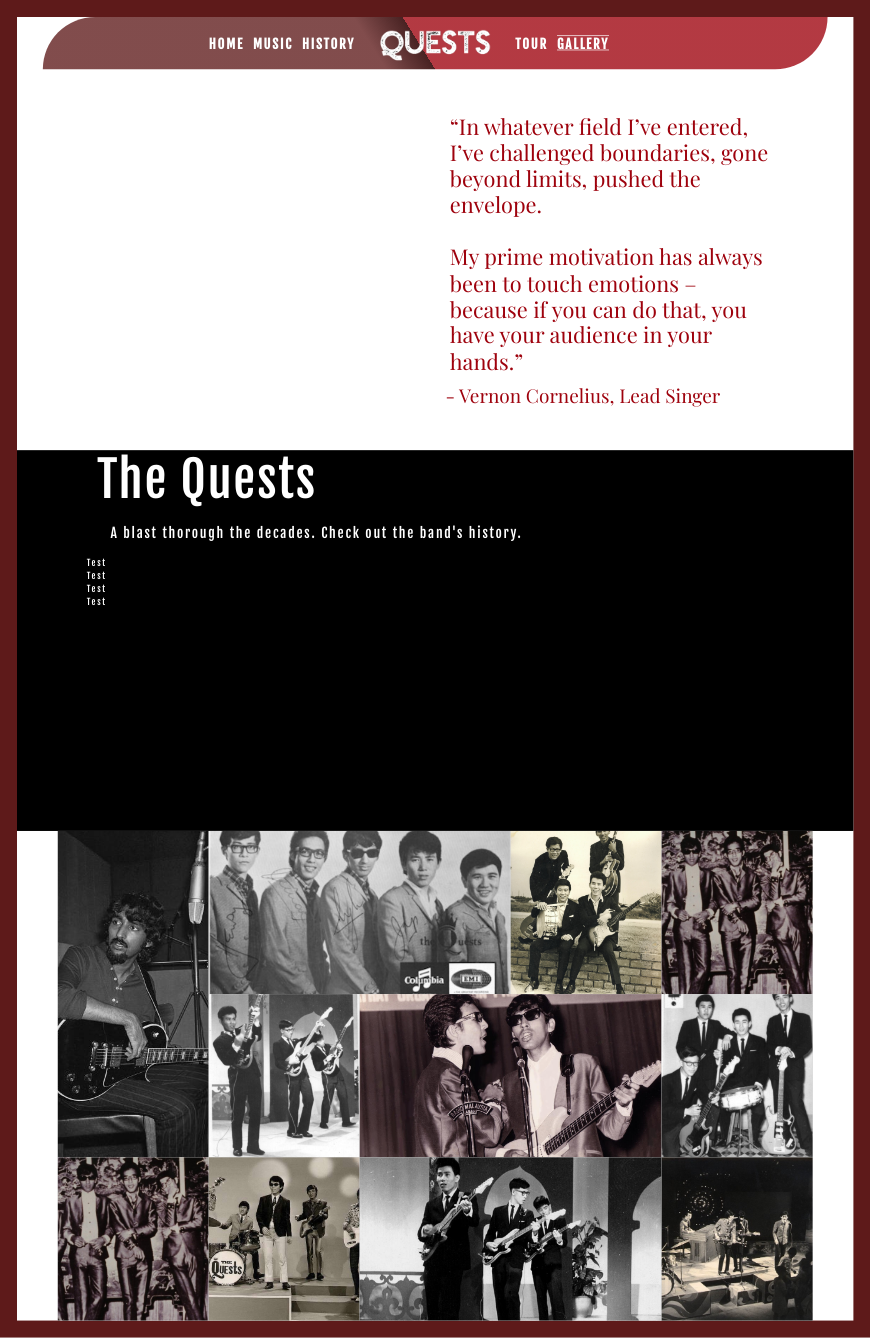
Repository: SamLookingGlass/User-Centric-Frontend-Development-Project
Page: gallery.html
The author's editor kept a record of every edit. The page is drawn from the files as they stood at one moment, then again after the next edit.
The browser window is 1280 px wide. The pictures show the whole page, at 68% of full size.
Some web libraries are served in a nearby version.

Above is the page before.

### gallery.html
<!doctype html>
<html lang="en">

<head>
    <!-- Required meta tags -->
    <meta charset="utf-8">
    <meta name="viewport" content="width=device-width, initial-scale=1, shrink-to-fit=no">

    <!-- Bootstrap CSS -->
    <link rel="stylesheet" href="https://maxcdn.bootstrapcdn.com/bootstrap/4.0.0/css/bootstrap.min.css" integrity="sha384-Gn5384xqQ1aoWXA+058RXPxPg6fy4IWvTNh0E263XmFcJlSAwiGgFAW/dAiS6JXm" crossorigin="anonymous">
    <link href="style.css" rel="stylesheet" type="text/css" />
    <link href="https://fonts.googleapis.com/css?family=Fjalla+One&display=swap" rel="stylesheet">
    <link href="https://fonts.googleapis.com/css?family=Amatic+SC&display=swap" rel="stylesheet">
    <link href="https://fonts.googleapis.com/css?family=Playfair+Display&display=swap" rel="stylesheet">
    <link rel="stylesheet" href="https://cdnjs.cloudflare.com/ajax/libs/font-awesome/4.7.0/css/font-awesome.min.css">
    <title>The Quests Official - Gallery</title>
</head>

<body id="borderhome">
    <!--<div class="container-fluid" style="height:2vw"></div>-->
    <nav class="fontnew" id="navbg">
        <div class="container-fluid">
            <div class="row d-lg-flex">
                <div class="col-5 navnew navleft d-flex justify-content-end">
                    <ul class="d-flex">
                        <li><a href="home.html">HOME</a></li>
                        <li><a href="music.html">MUSIC</a></li>
                        <li><a href="history.html">HISTORY</a></li>
                    </ul>
                </div>
                <div class="col-2 d-lg-flex justify-content-center">
                    <a class="" href="home.html">
                     <img id="navlogo" class="img-fluid" src="images/logo.png" alt="logo">
                </a>
                </div>
                <div class="col-5 navnew navright d-lg-flex justify-content-start">
                    <ul class="d-flex">
                        <li><a href="tour.html">TOUR</a></li>
                        <li id="active"><a href="gallery.html">GALLERY</a></li>
                    </ul>
                </div>
            </div>
        </div>
    </nav>
    <main>
        <div id="imagebg">
        </div>
    </main>
    <section>
        <div style="height:420pt" class="container-fluid">
            <div class="row">
                <div class="col-1"></div>
                <div class="col-5 cardbod-galllery fonttypo-gallery"></div>
                <div class="col-5 fonttypo-gallery">
                    <h2 class="cardbod">
                        “In whatever field I’ve entered, I’ve challenged boundaries, gone beyond limits, pushed the envelope.
                        <br>
                        <br> My prime motivation has always been to touch emotions – because if you can do that, you have your audience in your hands.”
                        <br>
                    </h2>
                    <h3>
                        - Vernon Cornelius, Lead Singer
                    </h3>
                </div>
                <div class="col-1"></div>
            </div>
        </div>
    </section>
    <section style="background-color:black; height:420pt">
        <div class="container-fluid fontnew">
            <div class="row d-flex">
                <div class="col-1"></div>
                <div class="col-10">
                    <h1 class="display-3">The Quests</h1>
                    <p class="lead">A blast thorough the decades. <span id="underline">Check out the band's history.</span></p>
                </div>
                <div class="col-1"></div>
            </div>
            <div class="row d-flex">
                <div class="col-1"></div>
                <div class="col-10">
                    <div class="row">Test</div>
                    <div class="row">Test</div>
                    <div class="row">Test</div>
                    <div class="row">Test</div>
                </div>
                <div class="col-1"></div>
            </div>
        </div>
    </section>
    <section>
        <body id="gallerybod">
          <div class="container">
            <div class="box a"><img src="images/image7.jpg" alt="" /></div>
            <div class="box b"><img src="images/image3.jpg" alt="" /></div>
            <div class="box c"><img src="images/image5.jpg" alt="" /></div>
            <div class="box d"><img src="images/image10.jpg" alt="" /></div>
            <div class="box e"><img src="images/image4.jpg" alt="" /></div>
            <div class="box f"><img src="images/image8.jpg" alt="" /></div>
            <div class="box g"><img src="images/image9.jpg" alt="" /></div>
            <div class="box h"><img src="images/image10.jpg" alt="" /></div>
            <div class="box i"><img src="images/home1.jpg" alt="" /></div>
            <div class="box j"><img src="images/home2.jpg" alt="" /></div>
            <div class="box k"><img src="images/home3.jpg" alt="" /></div>
          </div>
        </body>
    </section>

    <!-- Optional JavaScript -->
    <!-- jQuery first, then Popper.js, then Bootstrap JS -->
    <script src="https://code.jquery.com/jquery-3.2.1.slim.min.js" integrity="sha384-KJ3o2DKtIkvYIK3UENzmM7KCkRr/rE9/Qpg6aAZGJwFDMVNA/GpGFF93hXpG5KkN" crossorigin="anonymous"></script>
    <script src="https://cdnjs.cloudflare.com/ajax/libs/popper.js/1.12.9/umd/popper.min.js" integrity="sha384-ApNbgh9B+Y1QKtv3Rn7W3mgPxhU9K/ScQsAP7hUibX39j7fakFPskvXusvfa0b4Q" crossorigin="anonymous"></script>
    <script src="https://maxcdn.bootstrapcdn.com/bootstrap/4.0.0/js/bootstrap.min.js" integrity="sha384-JZR6Spejh4U02d8jOt6vLEHfe/JQGiRRSQQxSfFWpi1MquVdAyjUar5+76PVCmYl" crossorigin="anonymous"></script>
</body>

</html>

### style.css
/*Sanity Checks*/
.blue {
    background-color:blue;

}
.bod {
    border:solid 1px black;
}

/*Home Styling*/
.cardbod {
    margin-top:4.5vw;
    padding:0.5vw;
    border-radius: 5px;
    /*align-items: center;*/
    display: flex;
    flex-direction: column;
}

/*Arrow Test https://codepen.io/raf187/pen/BvgGRQ*/
.red {
    margin-top:17vw;
}
body{
  margin-top: 0;
  padding: 0;
}
.arrow{
    position: absolute;
    top: 50%;
    left: 50%;
    transform: translate(-50%,-50%);
}
.arrow span{
    display: block;
    width: 30px;
    height: 30px;
    border-bottom: 5px solid rgb(158,2,13,0.7);
    border-right: 5px solid rgb(158,2,13,0.7);
    transform: rotate(45deg);
    margin: -12px;
    animation: animate 2s infinite;
}
.arrow span:nth-child(2){
    animation-delay: -0.2s;
}
.arrow span:nth-child(3){
    animation-delay: -0.4s;
}

@keyframes animate {
    0%{
        opacity: 0;
        transform: rotate(45deg) translate(-20px,-20px);
    }
    50%{
        opacity: 1;
    }
    100%{
        opacity: 0;
        transform: rotate(45deg) translate(20px,20px);
    }
}

/**/
#borderhome {
    border: solid 2vw rgb(94,26,26);
    /*border: solid 2vw rgb(158,2,13);*/
}

/*Parralax Scrolling */
.parralax {
    background-color:teal;
    height:460pt;
    background-attachment: fixed;
    background-position: center;
    background-repeat: no-repeat;
    background-size: cover;
}

.notparralax {
    background-image:url("images/image11.jpg");
    height:400pt;
    background-attachment: fixed;
    background-position: center;
    background-repeat: no-repeat;
    background-size: cover;
}

.notparralax div {
    padding-top:1vw;
}


/*Optional Color background-color:rgba(207, 0, 15, 0.6)*/
#navbg {
    background:rgb(94,26,26);
    background:linear-gradient(58deg, rgba(94,26,26,0.78) 42%, rgba(52,10,10,0.9) 48%, rgba(158,2,13,0.78) 48%);
    margin: 0 3vw;
    border-radius:15vw 0 15vw 0;
}

#navbg1 {
    background:rgb(94,26,26);
    background:linear-gradient(58deg, rgba(94,26,26,0.78) 42%, rgba(52,10,10,0.9) 48%, rgba(158,2,13,0.78) 48%);
    margin: 0 2vw;
    /*border-radius:15vw 15vw 0 0;*/
}

#active {
    text-decoration: underline overline;
}

.badgedesign {
    margin:10pt;
    padding:10pt;
    border: solid white 2pt;
    background-color:rgba(0, 0, 0, 0.6);
}

#navlogo {
   filter: invert(1);
   padding-top: 1.5vw;
}
.navnew li a {
    color: white;
}

.navnew li a:hover {
    text-decoration: underline overline;
}

.navnew li {
    text-decoration: none;
    list-style: none;
    padding-top: 1.5vw;
    margin: 5pt;
    font-size: 1.5vw;
    font-weight: bold;
}

.navright ul {
    position: relative;
    padding-left:0;
}

.navleft ul {
    position: relative;
    padding-right:0;
}

.fontnew {
    color:white;
    font-size: 1vw;
    font-family: 'Fjalla One', sans-serif;
    letter-spacing:0.2vw;

}

.fonttypo {
    font-family: 'Playfair Display', serif;
    color:white;
    font-size: 1vw;
    font-weight:bolder;
}

.fontfooter {
    color:white;
    font-size: 1vw;
    font-family: 'Fjalla One', sans-serif;
    letter-spacing:0.2vw;
    padding:0.18vw;
}

#sec1 h1, p{
    padding:5pt;
    margin:10pt;
}

#videobg {
    z-index: -1;
    position: fixed;
    right: 0;
    bottom: 0;
    min-width: 100%;
    min-height: 120%;
}

@media (min-aspect-ratio: 16/9) {
    #videobg {
        width: 100%;
        height: auto;
    }
}

@media (min-aspect-ratio: 16/9) {
    #videobg {
        width: auto;
        height: 100%;
    }
}

/*edit size*/
@media (max-width: 200px) {
    #videobg {
        display: none;
    }
    body {
        background: url("");
        background-size: cover;
    }
}

/*Newsletter Form*/
/*To reference DNCE*/
.formbackground {
    margin-top:5vw;
    background-color:rgba(0, 0, 0, 0.8);
    padding:2vw;
}
#formcta {
    text-align: center;
    line-height: 1;
    cursor: pointer;
    vertical-align: middle;
    padding: .85em 1em;
    color: #fefefe;
    font-weight: 700;
    border-radius: 1px;
    margin: 0 10px 0 auto;
    border: none;
    transition: background .2s ease-in-out;
    font-size: 1rem;
    outline: 0;
    letter-spacing: .1em;
    text-transform: uppercase;
}

/*To reference DNCE*/
.blockheader {
    display: inline-block;
    font-family: "Amatic SC",cursive;
    font-size: calc(1.11111vw + 20.44px);
    font-weight: 700;
    border: 3px solid #f00833;
    color: white;
    padding: 0 1.125rem;
    margin: 0;
    border-radius: 1px;
    clear: both;
    letter-spacing: .05em;
    text-align: left;
    width: auto;
    text-transform: uppercase;
    position: relative;
    left: -1%;
    transform: skew(3deg);
}
.blockheader::after {
    content: '';
    width: 0;
    height: 0;
    top: auto;
    border-style: solid;
    border-width: 12px 0 0 8px;
    border-color: #f00833 transparent transparent;
    position: absolute;
    bottom: -13px;
    left: 6%;
    z-index: 0;
    transform: rotate(-7deg);
}

#red-font {
    color: #f00833;
}

/*Gallery Styling*/


.fonttypo-gallery {
    font-family: 'Playfair Display', serif;
    color:rgb(158,2,13);
    font-size: 1vw;
    font-weight:bolder;
}

#imagebg {
    z-index: -1;
    position: fixed;
    right: 0;
    bottom: 0;
    min-width: 100%;
    min-height: 100%;
    background-size: cover;
    /*background-image: url("images/home1.jpg");*/
}

/*Reference for Gallery Images https://codepen.io/ozzy21/pen/JqgrvP*/

#gallerybod {
  margin: 0;
  padding: 0;
}
.container {
  width: 100%;
  display: grid;
  grid-auto-flow: dense;
  grid-template:
    "1fr 1fr 1fr 1fr 1fr" 33.33vh
    "1fr 1fr 1fr 1fr 1fr" 33.33vh
    "1fr 1fr 1fr 1fr 1fr" 33.33vh;
}

.container .box {
  position: relative;
  background: #ccc;
}
.container .box.a {
  grid-row: span 2;
}
.container .box.b,
.container .box.f,
.container .box.h,
.container .box.j {
  grid-column: span 2;
}
.container .box img {
  position: absolute;
  top: 0;
  left: 0;
  width: 100%;
  height: 100%;
  object-fit: cover;
}
@media (max-width: 991px) {
  .container {
    grid-template:
      "1fr 1fr 1fr" 250px
      "1fr 1fr 1fr" 250px
      "1fr 1fr 1fr" 250px
      "1fr 1fr 1fr" 250px
      "1fr 1fr 1fr" 250px;
  }
}
@media (max-width: 768px) {
  .container {
    grid-template:
      "1fr 1fr" 200px
      "1fr 1fr" 200px
      "1fr 1fr" 200px
      "1fr 1fr" 200px
      "1fr 1fr" 200px
      "1fr 1fr" 200px
      "1fr 1fr" 200px;
  }
}
.container .box.h {
  grid-column: span 1;
}

/*Music Styling*/
.cardbod-music {
    padding-top:2vw;
}

.cardbod-music div{
    margin:0.2vw;
}

After the next edit:
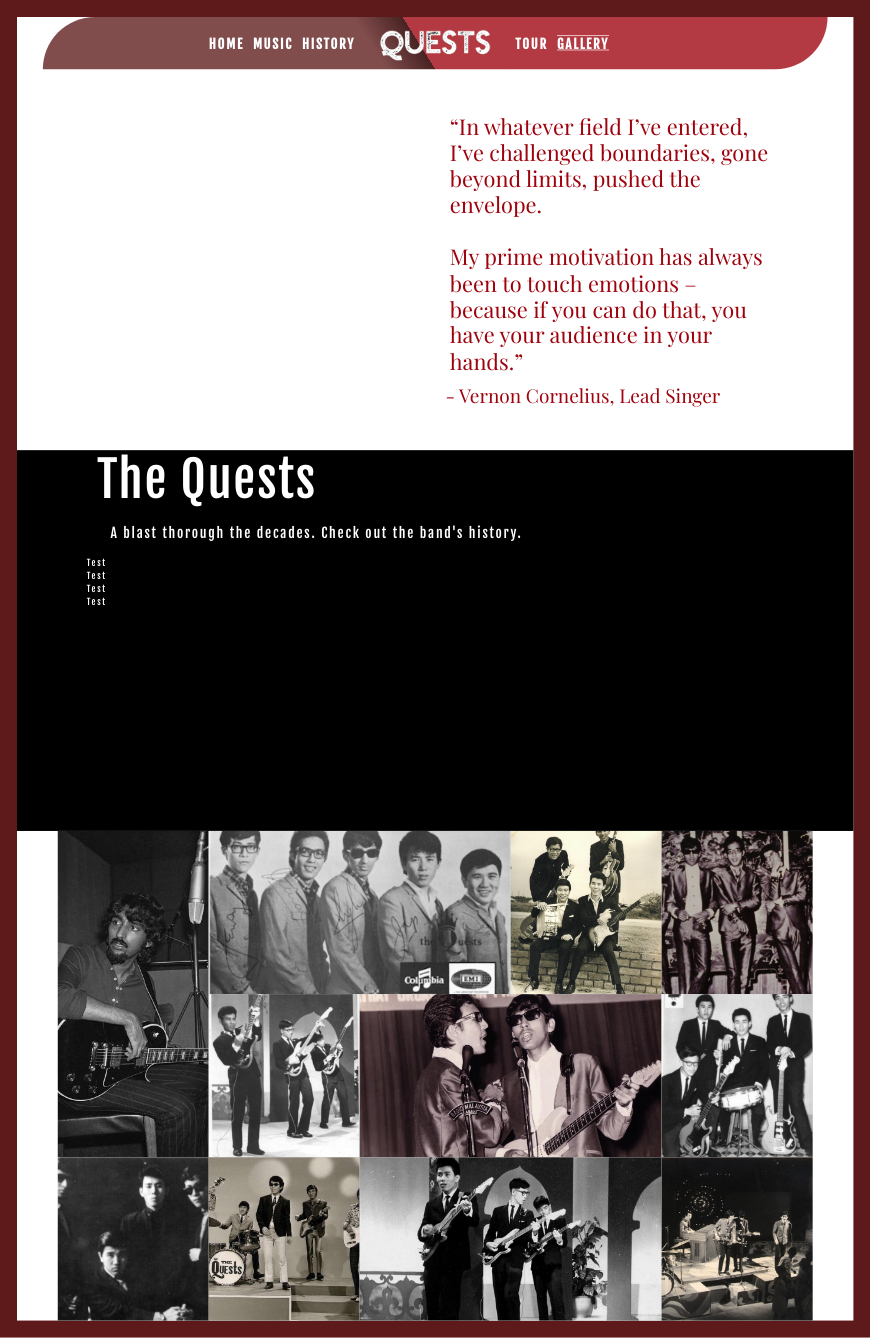
The edit:
--- a/gallery.html
+++ b/gallery.html
@@ -98,7 +98,7 @@
             <div class="box e"><img src="images/image4.jpg" alt="" /></div>
             <div class="box f"><img src="images/image8.jpg" alt="" /></div>
             <div class="box g"><img src="images/image9.jpg" alt="" /></div>
-            <div class="box h"><img src="images/image10.jpg" alt="" /></div>
+            <div class="box h"><img src="images/image6.jpg" alt="" /></div>
             <div class="box i"><img src="images/home1.jpg" alt="" /></div>
             <div class="box j"><img src="images/home2.jpg" alt="" /></div>
             <div class="box k"><img src="images/home3.jpg" alt="" /></div>
